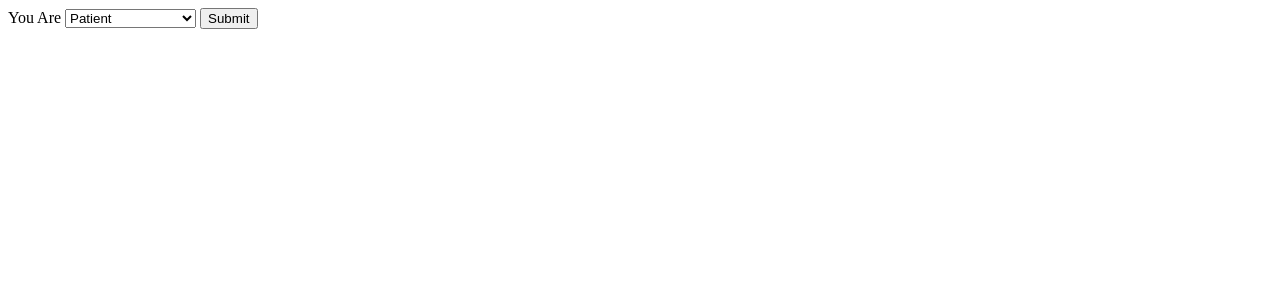
Repository: OmarAl-Saleh/Hospital-Emergency-System
Page: http://localhost/EmergencySystem/
The author's editor kept a copy of each file at every save. The page is drawn from the files as they stood at one save, then again after the next save.
The browser window is 1280 px wide. The pictures show the whole page.
The page is served by Tomcat 9.

Above is the page before, as saved 2024-05-22 04:51:23.

After the next save:
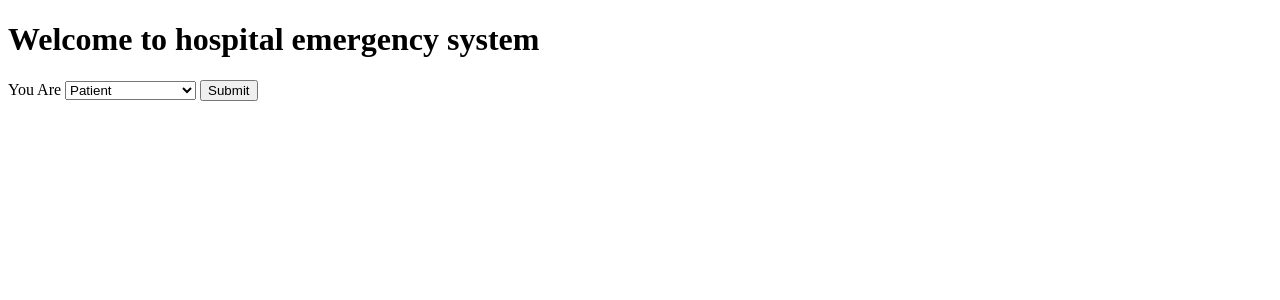
Saved 96 min 8 s later.
--- a/EmergencySystem/EmergencySystem/src/main/webapp/index.jsp
+++ b/EmergencySystem/EmergencySystem/src/main/webapp/index.jsp
@@ -5,7 +5,7 @@
 <head>
 <meta charset="ISO-8859-1">
 <title>Emergency System</title>
-</head>
+<head><h1>Welcome to hospital emergency system</h1></head>
 <body>
 <form action="Sign_in.jsp" method="get">
 <label for="You Are">You Are</label>
